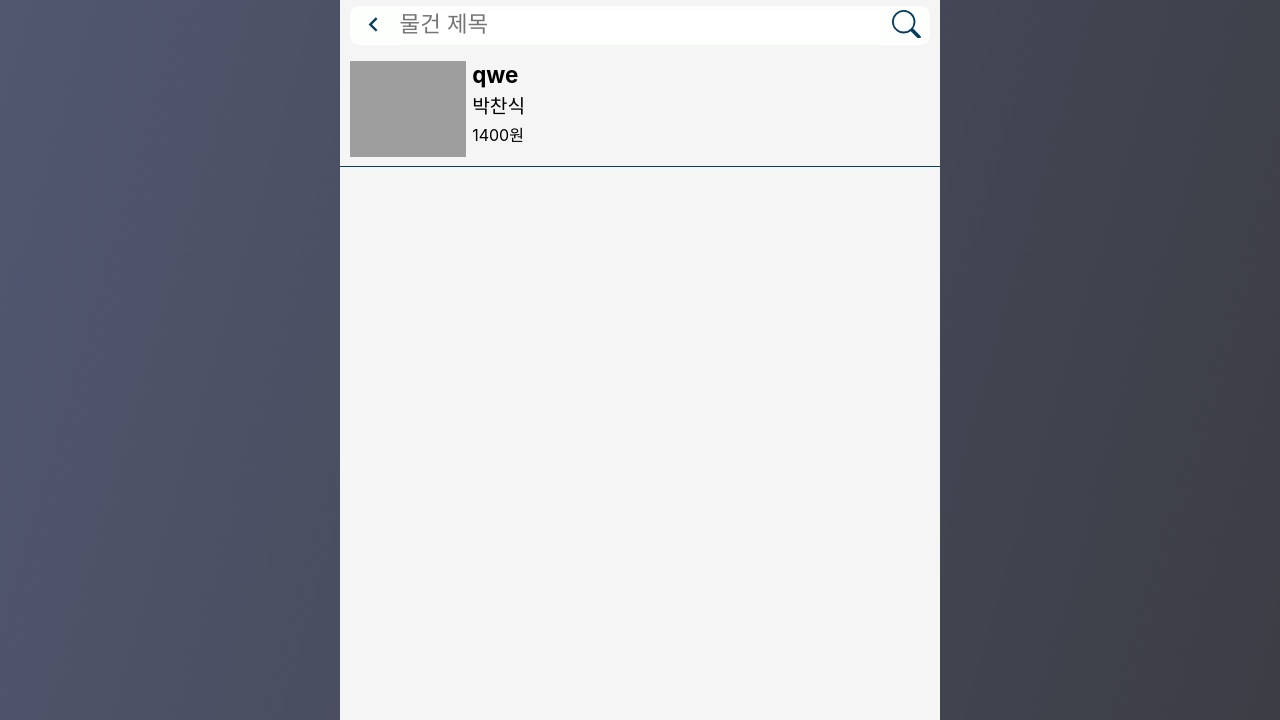
Repository: SeungYn/hanium
Page: /trade/search
An editor plug-in stored every save of this project. The page is shown before and after the next save, followed by the edit.
The browser window is 1280 px wide. The pictures show the whole page.
Pictures or frames that could not be fetched are drawn as grey boxes. The project was rebuilt for these pictures with package versions that can differ from the ones it lists, and the page was loaded fresh each time. Also part of the build but not shown: src/App.css, src/components/Chat/ChatHeader/ChatHeader.module.css, src/components/Chat/ChatHeader/ChatHeader.jsx, src/components/Chat/ChatPeoples/ChatPeoples.jsx, src/components/Chat/ChatSideBar/ChatSideBar.module.css, src/components/Chat/ChatSideBar/ChatSideBar.jsx, src/components/ReadPopup/ReadPopup.module.css, src/components/ReadPopup/ReadPopup.jsx and 35 more.

Above is the page before, as saved 2022-11-21 21:02:46.

### src/index.js
import React from 'react';
import ReactDOM from 'react-dom/client';
import './index.css';
import App from './App';

import { AuthErrorEventBus, AuthProvider } from './context/AuthContext';
import TokenStorage from './db/token';
import HttpClient from './network/http';
import AuthService from './service/auth';
import GroupService from './service/group';
import StompDI from './network/StompDI';
import ChatService from './service/chat';
import TradeService from './service/trade';

const baseURL = 'https://8dd4e4c67ed913.lhr.life';
const tokenStorage = new TokenStorage();
const authErrorEventBus = new AuthErrorEventBus();
const httpClient = new HttpClient(baseURL, authErrorEventBus, tokenStorage);
const stompClient = new StompDI(baseURL, () => tokenStorage.getToken());
const authService = new AuthService(httpClient, tokenStorage);
const groupService = new GroupService(httpClient, tokenStorage);
const chatService = new ChatService(httpClient, tokenStorage, stompClient);
const tradeService = new TradeService(httpClient, tokenStorage);

const root = ReactDOM.createRoot(document.getElementById('root'));
root.render(
  <AuthProvider
    authService={authService}
    authErrorEventBus={authErrorEventBus}
    tokenStorage={tokenStorage}
  >
    <App
      authService={authService}
      groupService={groupService}
      chatService={chatService}
      tradeService={tradeService}
    />
  </AuthProvider>
);

### src/index.css
:root {
  --color-darkBlue: #073d5d;
  --color-transparent-darkBlue: #073e5d6e;
  --color-darkBlue-lignt: #0a476b;
  --color-main: #42a5f5;
  --color-bg-dark: #f5f5f5;
  --color-bg: #fdfffd;
  --color-main: #073d5d;
  --color-font: #073d5d;
  --color-font-reverse: white;
  --color-accent: #073d5d;
  --color-font-accent: white;
  --color-error-bg: rgba(173, 173, 173, 0.401);
  --color-popup-bg: white;
  --color-white: white;
  --color-shadow: rgba(67, 67, 67, 0.401);
  --color-border: #0a476b;
  /* 사이즈 */
  --font-size-very-large: 1.8rem;
  --font-size-small-large: 1.6rem;
  --font-size-medium: 1.4rem;
  --font-size-small-medium: 1.2rem;
  --font-size-small: 1rem;
  --font-header-icon: 1.8rem;
  --font-icon-arrow: 5rem;
  --font-mobile-medium: 1rem;
  --img-slider-height: 30rem;

  /* 패딩 마진 사이즈 */
  --padding-side: 0.8rem;
  --padding-top-bottom: 0.6rem;
  --padding-bottom: 0.6rem;
  --margin-bottom: 0.6rem;
}

* {
  box-sizing: border-box;
}

html,
body {
  height: 100%;
  width: 100%;
  margin: 0;
  background: rgb(81, 87, 111);
  background: linear-gradient(
    106deg,
    rgba(81, 87, 111, 1) 0%,
    rgba(60, 61, 69, 1) 100%
  );
  accent-color: var(--color-accent);
}
a {
  text-decoration: none;
  color: var(--color-font);
}
ul {
  padding: 0;
  margin: 0;
  list-style: none;
}
#root {
  height: 100vh;
  width: 100%;
  max-width: 600px;
  background-color: var(--color-bg-dark);
  margin: auto;
  display: flex;
  flex-direction: column;

  position: relative;
  overflow: hidden;
}

button {
  cursor: pointer;
}
body {
  margin: 0;
  font-family: -apple-system, BlinkMacSystemFont, 'Segoe UI', 'Roboto', 'Oxygen',
    'Ubuntu', 'Cantarell', 'Fira Sans', 'Droid Sans', 'Helvetica Neue',
    sans-serif;
  -webkit-font-smoothing: antialiased;
  -moz-osx-font-smoothing: grayscale;
}

code {
  font-family: source-code-pro, Menlo, Monaco, Consolas, 'Courier New',
    monospace;
}

p {
  margin: 0;
}

h1,
h2,
h3,
h4 {
  margin: 0;
}

### src/context/AuthContext.jsx
import {
  createContext,
  createRef,
  useCallback,
  useContext,
  useEffect,
  useImperativeHandle,
  useMemo,
  useState,
} from 'react';
import ReadPopup from '../components/ReadPopup/ReadPopup';

import Login from '../pages/login/Login';

const AuthContext = createContext({});

const contextRef = createRef();

export function AuthProvider({
  authService,
  authErrorEventBus,
  children,
  tokenStorage,
}) {
  const [user, setUser] = useState(1);
  const [error, setError] = useState(null);

  const context = useMemo(
    () => ({ error, setError, user }),
    [user, error, setError]
  );

  const onLogin = async ({ loginId, password }) => {
    await authService
      .headerTokenLogin(loginId, password)
      .then((data) => {
        console.log(data);
        tokenStorage.saveUser({
          memberId: data.memberId,
          nickname: data.nickname,
        });
        setUser({ memberId: data.memberId, nickname: data.nickname });
        console.log(tokenStorage.getUser());
        return;
      })
      .catch((error) => {
        setError(error);
      });
  };

  const logout = useCallback(
    async () =>
      await authService.logout().then(() => {
        setUser(undefined);
      }),
    [authService]
  );

  useEffect(() => {
    authErrorEventBus.listen((err) => {
      setUser(undefined);
      authService.logout();
    });
  }, [authErrorEventBus]);

  useEffect(() => {
    if (tokenStorage.getUser()) {
      setUser({ ...tokenStorage.getUser() });

      //nav('/');
    }

    //setUser({ token: localStorage.getItem('TOKEN') });
  }, []);

  return (
    <AuthContext.Provider value={context}>
      {user ? (
        children
      ) : (
        <>
          {error && (
            <ReadPopup content={error} onHandler={setError} type={'error'} />
          )}
          <Login
            authService={authService}
            onLogin={onLogin}
            setError={setError}
          />
        </>
      )}
    </AuthContext.Provider>
  );
}

export class AuthErrorEventBus {
  listen(callback) {
    this.callback = callback;
  }
  notify(error) {
    this.callback(error);
  }
}

export default AuthContext;
export const fetchToken = () => contextRef.current;
export const useAuth = () => useContext(AuthContext);

### src/db/token.js
const TOKEN = 'token';
const USER = 'user';
const USERNICKNAME = 'userNickName';
export default class TokenStorage {
  saveToken(token) {
    localStorage.setItem(TOKEN, token);
  }

  getToken() {
    //return localStorage.getItem(TOKEN);
    return 'eyJhbGciOiJIUzUxMiJ9.eyJzdWIiOiJ4b2FsczQzNDAiLCJhdXRoIjoiUk9MRV9VU0VSIiwiZXhwIjoxNjY5NTQwMzY2fQ.DusRc9KZfiSdpc9ePFUGN4E1mkpYfSkJvp4fIjcXn8svtFHWuhQCkxlDZGCCLfnI6bgg377Toc7sTpHtEpSQnA';
  }

  saveUser(user) {
    console.log(user);
    localStorage.setItem(USER, JSON.stringify(user));
    console.log(localStorage.getItem(USER));
  }

  getUser() {
    return JSON.parse(localStorage.getItem(USER));
  }

  clearToken() {
    console.log('토큰삭제');
    localStorage.clear(TOKEN);
  }
  clearUser() {
    console.log('유저삭제');
    localStorage.clear(USER);
  }
}

### src/network/http.js
export default class HttpClient {
  constructor(baseURL, authErrorEventBus, tokenStorage) {
    this.baseURL = baseURL;
    this.authErrorEventBus = authErrorEventBus;
    this.tokenStorage = tokenStorage;
  }

  async fetch(url, options, contextType = undefined) {
    console.log(`${this.baseURL}${url}`);
    console.log(contextType || 'application/json');

    const headers = { ...options.headers };

    if (contextType) {
      contextType = null;
    } else {
      contextType = 'application/json';
      headers['Content-Type'] = contextType;
    }

    let res = await fetch(`${this.baseURL}${url}`, {
      ...options,
      // headers: {
      //   'Content-Type': contextType || 'application/json',
      //   ...options.headers,
      // },
      headers,
    });

    if (res.headers.get('Authorization')) {
      this.tokenStorage.saveToken(
        res.headers.get('Authorization').split(' ')[1]
      );
    }
    console.log(res.error);
    let data;

    try {
      data = await res.json();
    } catch (error) {
      console.error('데이터 없어서 에러');
    }
    console.log(res);
    if (res.status > 299 || res.status < 200) {
      console.log(data);
      const message =
        data && data.message ? data.message : 'Something went wrong! 🤪';

      let error = new Error(message);

      if (res.status === 401) {
        console.log('401에러');
        error = new Error('로그인 정보가 잘 못 됐습니다.');
        this.authErrorEventBus.notify(error);
      }
      if (res.status === 400) {
        console.log(res);
        console.log(data);
        error.name = data.code ? data.code : '에러코드 등록 필요';
        console.log(error.message);
      }
      throw error;
    }

    return data;
  }
}

### src/network/StompDI.js
import { Stomp } from '@stomp/stompjs';
import SockJS from 'sockjs-client';

export default class StompDI {
  constructor(baseURL, getAccessToken) {
    this.baseURL = baseURL + '/ws-stomp';
    this.getAccessToken = getAccessToken;
    console.log(this.baseURL, '클래스 url');
    this.sockjs = null;
    this.client = null;
  }

  connectState() {
    console.log(
      'connect State',
      this.client ? this.client.connected : this.client
    );
    return this.client ? this.client.connected : false;
  }

  onConnect(callback) {
    this.sockjs = new SockJS(this.baseURL);
    this.client = Stomp.over(this.sockjs);

    console.log('연결하기');
    try {
      this.client.connect(
        {
          Authorization: 'Bearer ' + this.getAccessToken(),
        },
        (s) => {
          console.log('서버와 연결되었습니다.');

          callback();
        },
        (e) => {
          console.log('서버와 연결이 안됩니다.');
        }
      );
    } catch (e) {
      console.log(e);
    }
  }

  onSend(path, data) {
    console.log(this.client);
    this.client.send(
      path,
      { Authorization: 'Bearer ' + this.getAccessToken() },
      JSON.stringify(data)
    );
  }

  onDisConnect(stateCallback) {
    console.log('연결종료');
    this.client.disconnect(() => {
      console.log('연결종료');
      stateCallback();
    });
  }

  onSubscribe(id, path, callback) {
    let sub = null;
    console.log(id, path, callback);
    // if (!this.client.connected) {
    //   console.log('체크123123123213체크');
    //   this.onConnect();
    // }
    console.log(callback);
    console.log('subscribe', this.client);
    try {
      sub = this.client.subscribe(`${path}${id}`, callback);
    } catch (e) {
      console.log(e);
    }
    return () => {
      sub.unsubscribe();
    };
  }
}

### src/service/chat.js
export default class ChatService {
  constructor(http, tokenStorage, stomp) {
    this.http = http;
    this.tokenStorage = tokenStorage;
    this.stomp = stomp;
  }

  async getMyInfo() {
    const data = await this.http.fetch(`/auth/info`, {
      method: 'GET',
      headers: this.getHeaders(),
    });
    return data;
  }
  //http://localhost:8080/user/restaurant/6/party/43/chat
  async getChats(groupId, offset) {
    const data = await this.http.fetch(
      `/user/club/${groupId}/chat?offset=${offset}`,
      {
        method: 'GET',
        headers: this.getHeaders(),
      }
    );
    return data;
  }



  async creatChat(partyId, chat) {
    const data = await this.http.fetch(`/chat/${partyId}`, {
      method: 'POST',
      headers: this.getHeaders(),
      body: JSON.stringify({
        chat,
      }),
    });
    return data;
  }
  onConnect(callback) {
    console.log(callback);
    this.stomp.onConnect(callback);
  }

  onDisConnect(stateCallback) {
    console.log('종료밖');
    return this.stomp.onDisConnect(stateCallback);
  }

  //서버 연결상태
  connectState() {
    return this.stomp.connectState();
  }

  /**
   *
   * @param {챗팅방아이디} id
   * @param {구독경로} path
   * @param {구독시 서버에서 데이터가 오면 처리하는 함수} callback
   * @returns 구독취소함수
   */
  onSubscribe(id, path, callback) {
    return this.stomp.onSubscribe(id, path, callback);
  }

  onSend(path, data) {
    this.stomp.onSend(path, data);
  }
  // onConnectChat(partyId) {
  //   return this.socket.onConnectChat(partyId);
  // }
  // onChatSync(event, callback) {
  //   return this.socket.onSyncChat(event, callback);
  // }
  // onSync(event, callback) {
  //   return this.socket.onSync(event, callback);
  // }



  getHeaders() {
    const token = this.tokenStorage.getToken();
    return { Authorization: `Bearer ${token}` };
  }
}

### src/service/trade.js
export default class TradeService {
  constructor(http, tokenStorage) {
    this.http = http;
    this.tokenStorage = tokenStorage;
  }

  //타입 별로 물건리스트 가져오기 나눔, 거래, 대여
  async getItemListByType(type) {
    const data = await this.http.fetch(`/user/post?dealType=${type}`, {
      method: 'GET',
      headers: this.getHeaders(),
    });
    console.log(data);
    return data;
  }

  //물건 등록하기
  async postItem(formData) {
    const { images, ...postReq } = formData;
    console.log(!!images);
    const form = new FormData();
    form.append(
      'postReq',
      new Blob([JSON.stringify(postReq)], { type: 'application/json' })
    );

    for (let img of images) {
      console.log(images);
      console.log(img);
      form.append('images', img);
    }
    // if (images.length === 0) {
    //   form.append('images', []);
    // }

    console.log(form.get('postReq'));
    console.log(form.get('images'));
    const data = await this.http.fetch(
      `/user/post`,
      {
        method: 'POST',
        headers: this.getHeaders(),
        // body: new URLSearchParams({
        //   postReq,
        //   images,
        // }),
        body: form,
      },
      'multipart/form-data'
    );
    console.log(data);
  }

  //물건 상세정보가져오기
  async getPostedItemById(id) {
    const data = await this.http.fetch(`/user/post/${id}`, {
      method: 'GET',
      headers: this.getHeaders(),
    });
    console.log(data);
    return data;
  }

  getHeaders() {
    const token = this.tokenStorage.getToken();
    return {
      Authorization: `Bearer ${token}`,
    };
  }
}

### src/pages/firstPage/FirstPage.jsx
import React, { useEffect, useState } from 'react';
import { GroupCategory } from '../../components/GroupCategory/GroupCategory';
import { GroupMaker } from '../../components/GroupMaker/GroupMaker';
import { FaUserFriends, FaPen } from 'react-icons/fa';
import { FiPlayCircle } from 'react-icons/fi';
import Groups from '../../components/Groups/Groups';
import styles from './FirstPage.module.css';
import { useAuth } from '../../context/AuthContext';
import { useNavigate } from 'react-router-dom';
import TextBtn from '../../components/common/TextBtn/TextBtn';

const types = [
  { type: 'study', koName: '공부', icon: <FaPen /> },
  { type: 'hobby', koName: '취미', icon: <FiPlayCircle /> },
  { type: 'friend', koName: '친구', icon: <FaUserFriends /> },
];
export default function FirstPage({ groupService, groupDisplay }) {
  const [filterType, setFilterType] = useState(types[0]);
  const [makeActive, setMakeActive] = useState(false);
  const { error, setError } = useAuth();
  const [groups, setGroups] = useState([]);
  const navigate = useNavigate();

  const HandlerGroupMake = (clubName, maximumCount, clubType) => {
    console.log(clubName, maximumCount, clubType);
    groupService
      .makeGroup(clubName, maximumCount, clubType)
      .then((data) => {
        console.log(data);
      })
      .catch((e) => setError(e));
    setMakeActive(false);
  };

  const HandlerGroupJoin = (groupId) => {
    groupService
      .joinGroup(groupId)
      .then((data) => {
        console.log(data);
        navigate('/chat', { state: { data } });
      })
      .catch((e) => setError(e));
  };

  useEffect(() => {
    //내 그룹만 보여주기하면 조건 넣어서 내그룹만 보여주기
    groupService
      .getGroupByType(filterType.type)
      .then((data) => {
        console.log(data);
        setGroups([...data]);
      })
      .catch((error) => {
        console.log(error);
        setError(error);
      });
  }, [groupService, filterType, groupDisplay]);

  return (
    <>
      <GroupCategory
        type={filterType}
        types={types}
        onTypeChange={(filter) => setFilterType(filter)}
      />
      <Groups groups={groups} HandlerGroupJoin={HandlerGroupJoin} />
      <button
        className={styles.makerBtn}
        onClick={() => setMakeActive((t) => !t)}
      >
        그룹 만들기
      </button>
      <GroupMaker
        makeActive={makeActive}
        onMakeActiveHandler={() => setMakeActive((t) => !t)}
        onMakeGroupHandler={HandlerGroupMake}
        types={types}
      />
    </>
  );
}

### src/pages/Root.jsx
import React from 'react';
import { Outlet, useLocation } from 'react-router-dom';
import Header from '../components/Header/Header';
import Navbar from '../components/Navbar/Navbar';
import ReadPopup from '../components/ReadPopup/ReadPopup';
import TradeCategory from '../components/Trade/TradeCategory/TradeCategory';
import { useAuth } from '../context/AuthContext';

export default function Root({ routes }) {
  const location = useLocation();
  console.log(location.pathname);
  let { name } = routes.find((r) => r.path === location.pathname) ?? {
    name: 'detail',
  };

  // name = location.pathname.includes('detail') ? 'detail' : name;
  // console.log(name !== 'detail');
  const { nodeRef } = routes.find((r) => r.path === location.pathname) ?? {};
  const { error, setError } = useAuth();

  return (
    <>
      {error && (
        <ReadPopup content={error} onHandler={setError} type={'error'} />
      )}
      {!['채팅', '그룹검색', 'detail', '장터검색'].includes(name) && (
        <Header name={name} />
      )}

      {/* {name === '장터' && <TradeCategory />} */}
      <Outlet />
      {!['채팅', 'detail', '장터검색'].includes(name) && <Navbar />}
    </>
  );
}

### src/pages/TradeSearchPage/TradeSearchPage.jsx
import React, { useState } from 'react';
import styles from './TradeSearchPage.module.css';
import { MdNavigateBefore } from 'react-icons/md';
import { BsSearch } from 'react-icons/bs';
import IconBtn from '../../components/common/IconBtn/IconBtn';
import { useNavigate } from 'react-router-dom';
import TradeItem from '../../components/Trade/TradeItem/TradeItem';
export default function TradeSearchPage() {
  const navigate = useNavigate();
  const [tradeItem, setTradeItem] = useState([
    {
      id: 0,
      title: 'qwe',
      price: 1400,
      nickname: '박찬식',
      postImageUrl: 'fsd',
    },
  ]);
  return (
    <section className={styles.container}>
      <form className={styles.inputForm} onSubmit={(e) => e.preventDefault()}>
        <IconBtn handleClick={() => navigate(-1)}>
          <MdNavigateBefore />
        </IconBtn>
        <input
          type='text'
          placeholder='물건 제목'
          className={styles.inputText}
        />
        <IconBtn handleClick={() => console.log('click2')}>
          <BsSearch />
        </IconBtn>
      </form>
      <ul className={styles.items}>
        {tradeItem && tradeItem.map((item) => <TradeItem item={item} />)}
      </ul>
    </section>
  );
}

### src/util/data.js
export function parseDate(tdate) {
  const created = new Date(Date.parse(tdate));
  const now = new Date();
  const diff = Math.floor((now - created) / 1000);

  if (diff <= 86400) {
    return chatTime(created);
  }

  const month = created.toLocaleDateString('default', { month: 'long' });
  return `${month} ${created.getDate()}일`;
}

export function reportDate(tdate) {
  const created = new Date(tdate);
  return created.toLocaleString();
}

export function chatTime(tDate) {
  const created = new Date(tDate);

  return `${created.getHours()}:${created.getMinutes()}`;
}

export function wordSkip(word) {
  if (word.length > 30) {
    return `${word.slice(0, 30)}...`;
  }
  return word;
}

### src/components/Navbar/Navbar.jsx
import React, { useRef, useState } from 'react';
import { NavLink } from 'react-router-dom';
import styles from './Navbar.module.css';
import { AiOutlineHome } from 'react-icons/ai';
import { BsList, BsPerson } from 'react-icons/bs';
import { IoChatbubbleOutline } from 'react-icons/io5';
import { IconContext } from 'react-icons';

const contents = [
  { path: '/main', name: '홈', iconComponent: <AiOutlineHome /> },
  { path: '/group', name: '그룹', iconComponent: <BsList /> },
  { path: '/myGroup', name: '내 그룹', iconComponent: <BsList /> },
  { path: '/trade/trade', name: '장터', iconComponent: <BsList /> },
  { path: '/myInfo', name: '내 정보', iconComponent: <BsPerson /> },
];

export default function Navbar() {
  //버튼 클릭시 넷바 위로 나타내기
  const navMenuRef = useRef();
  const btnRef = useRef();
  const [navToggle, setNavToggle] = useState(false);

  const handleBtn = (e) => {
    setNavToggle((t) => {
      if (t) btnRef.current.style.transform = 'rotate(0deg)';
      else btnRef.current.style.transform = 'rotate(30deg)';

      return !t;
    });
  };

  return (
    <nav className={styles.nav}>
      <IconContext.Provider value={{ className: styles.reactIcon }}>
        <div
          ref={navMenuRef}
          className={`${styles.navMenu} ${
            navToggle ? styles.navAppear : styles.navDisappear
          }`}
        >
          {contents.map(({ path, name, iconComponent }) => (
            <NavLink
              key={path}
              to={path}
              className={({ isActive }) =>
                isActive
                  ? `${styles.active} ${styles.link}`
                  : `${styles.unactive} ${styles.link}`
              }
            >
              {iconComponent}
              <span className={styles.text}>{name}</span>
            </NavLink>
          ))}
        </div>
      </IconContext.Provider>
      <button ref={btnRef} className={styles.btn} onClick={handleBtn}>
        <BsList />
      </button>
    </nav>
  );
}

### src/components/Trade/TradeItem/TradeItem.jsx
import React from 'react';
import { wordSkip } from '../../../util/data';
import styles from './TradeItem.module.css';

export default function TradeItem({ item, HandleMoveToDetailpageById }) {
  console.log(item);
  return (
    <li
      className={styles.item}
      onClick={() => HandleMoveToDetailpageById(item.id)}
    >
      <img src={item.postImageUrl} className={styles.img} />
      <div className={styles.right}>
        <h1 className={styles.title}>{wordSkip(item.title)}</h1>
        <p className={styles.nickname}>{item.nickname}</p>
        <span className={styles.price}>{`${item.price}원`}</span>
      </div>
    </li>
  );
}

### src/pages/TradeSearchPage/TradeSearchPage.module.css
.inputForm {
  position: relative;
  display: flex;
  align-items: center;
  background-color: var(--color-bg);
  margin: 0.4rem 0.6rem;
  border-radius: 10px;
}

.inputText {
  width: 100%;
  border: none;
  font-size: var(--font-size-medium);
  outline: none;
}

### src/components/common/IconBtn/IconBtn.jsx
import React from 'react';
import { IconContext } from 'react-icons';
import styles from './IconBtn.module.css';

export default function IconBtn({ children, handleClick }) {
  return (
    <button className={styles.btn} onClick={handleClick}>
      <IconContext.Provider value={{ className: styles.icon }}>
        {children}
      </IconContext.Provider>
    </button>
  );
}

### src/components/Trade/TradeItem/TradeItem.module.css
.item {
  position: relative;
  display: flex;
  cursor: pointer;
  border-bottom: 1px solid var(--color-darkBlue);
  padding: 0.6rem;
}

.img {
  max-width: 20%;
  min-width: 20%;
  height: 6rem;
}

.right {
  width: 100%;
  padding-left: 0.4rem;
}

.title {
  font-size: var(--font-size-medium);
  margin-bottom: 0.2rem;
}

.nickname {
  font-size: var(--font-size-small-medium);
  margin-bottom: 0.2rem;
}

### src/components/common/IconBtn/IconBtn.module.css
.btn {
  border: none;
  outline: none;
  outline: none;
  padding: 0.2rem 0.6rem;
  background-color: transparent;
  border: none;
  cursor: pointer;
  color: var(--color-darkBlue);
}

.btn:hover {
  color: var(--color-darkBlue);
  background-color: transparent;
}

.icon {
  font-size: var(--font-size-very-large);
  font-weight: 600;
}

Loaded but not shown: public/index.html (common file); src/service/auth.js (168 lines, source omitted); src/App.js (129 lines, source omitted); src/service/group.js (100 lines, source omitted); src/components/Chat/ChatPeoples/ChatPeoples.module.css (no stored copy; drawn as an empty file)

After the next save:
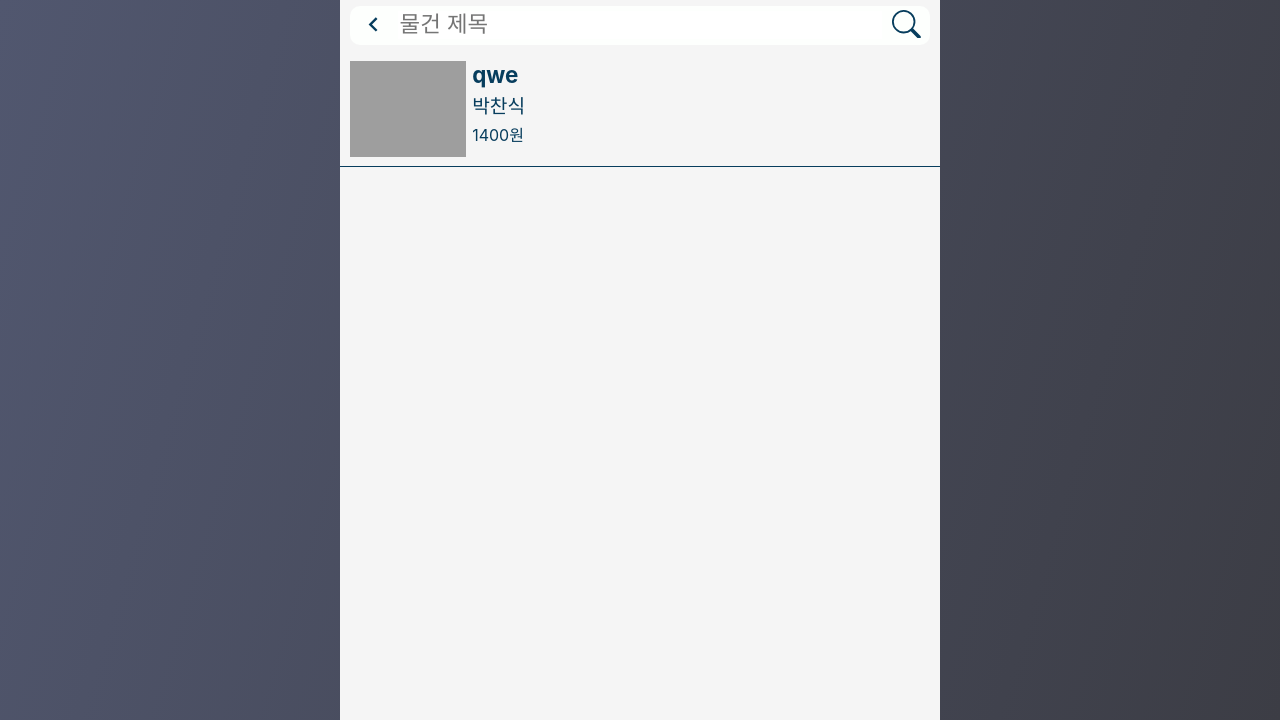
Saved 50 s later.
--- a/src/components/Trade/TradeItem/TradeItem.module.css
+++ b/src/components/Trade/TradeItem/TradeItem.module.css
@@ -4,6 +4,7 @@
   cursor: pointer;
   border-bottom: 1px solid var(--color-darkBlue);
   padding: 0.6rem;
+  color: var(--color-main);
 }
 
 .img {
